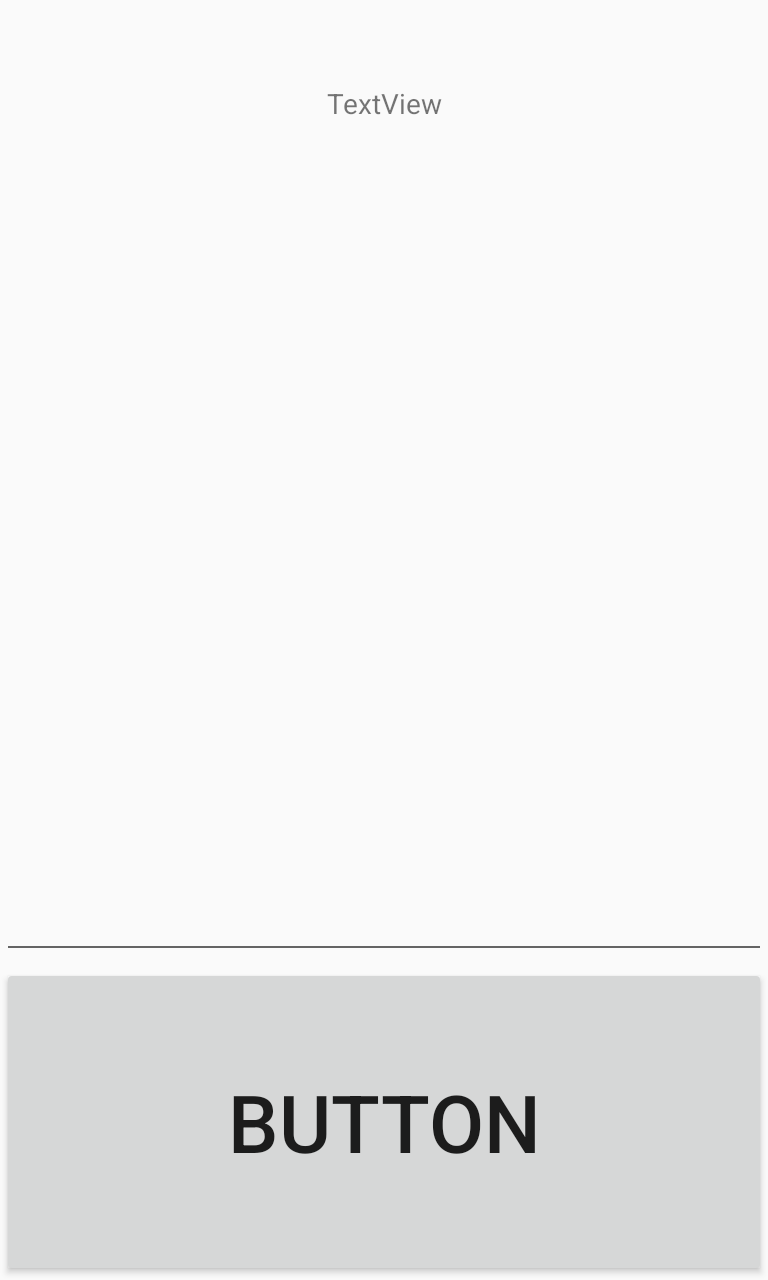
Repository: harsha20011992/Android-Projects
Layout: NotePadLatest/res/layout/fragmentnotes.xml
These files come from the project's save history. The layout is drawn as it stood at one moment and after the next save; the edit follows.
It is drawn on a 768 x 1280 px phone screen (xhdpi) without system bars, with theme AppTheme; the app's code is not run.

Above is the layout before, as saved 2014-10-13 19:39:11.

### NotePadLatest/res/layout/fragmentnotes.xml
<?xml version="1.0" encoding="utf-8"?>
<LinearLayout xmlns:android="http://schemas.android.com/apk/res/android"
    android:layout_width="match_parent"
    android:layout_height="match_parent"
    android:orientation="vertical" >

    <TextView
        android:id="@+id/notepadtitle"
        android:layout_width="match_parent"
        android:layout_height="wrap_content"
        android:text="TextView"
        android:layout_weight="2"
        android:gravity="center" />

    <EditText
        android:id="@+id/notepadtext"
        android:layout_width="match_parent"
        android:layout_height="wrap_content"
        android:layout_weight="8">


    </EditText>

    <Button
        android:id="@+id/notepadsave"
        android:layout_width="match_parent"
        android:layout_height="wrap_content"
        android:text="Button"
        android:gravity="center"
        android:textSize="40dp"
        android:layout_weight="2" />

</LinearLayout>

Loaded but not shown: NotePadLatest/res/values/styles.xml (common file); NotePadLatest/res/values-v11/styles.xml (common file); NotePadLatest/res/values-v14/styles.xml (common file)

After the next save:
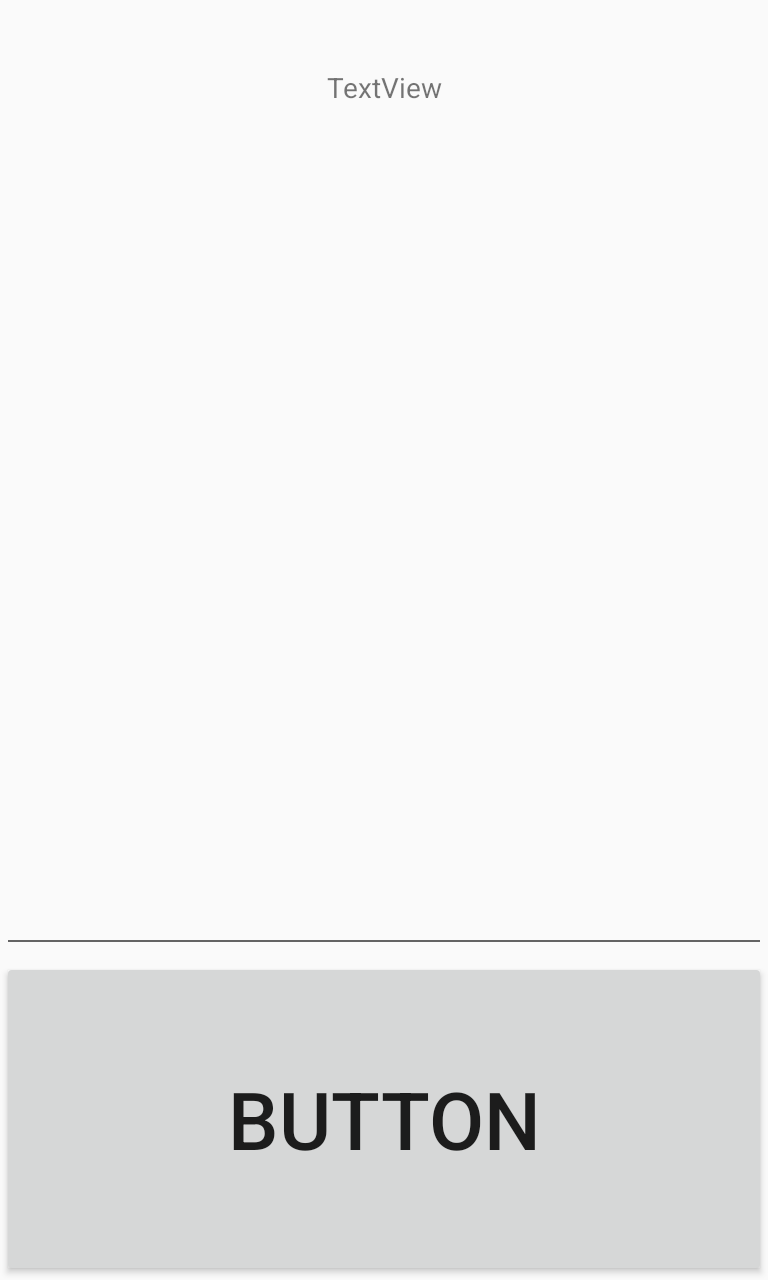
Saved 108 s later.
--- a/NotePadLatest/res/layout/fragmentnotes.xml
+++ b/NotePadLatest/res/layout/fragmentnotes.xml
@@ -7,7 +7,7 @@
     <TextView
         android:id="@+id/notepadtitle"
         android:layout_width="match_parent"
-        android:layout_height="wrap_content"
+        android:layout_height="0dp"
         android:text="TextView"
         android:layout_weight="2"
         android:gravity="center" />
